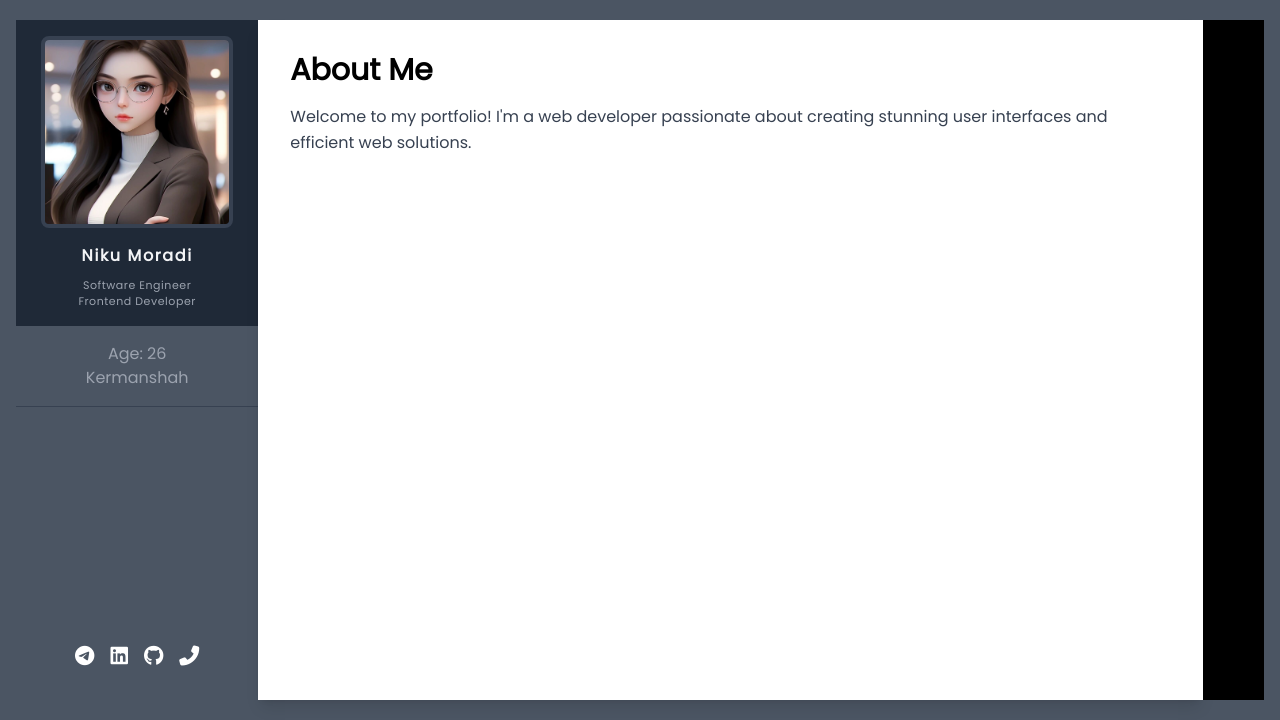
Repository: NikuMoradi/niku-moradi
Page: /
These files come from the project's save history. The page is drawn as it stood at one moment and after the next save; the edit follows.
The browser window is 1280 px wide. The pictures show the whole page.
The project was rebuilt for these pictures with package versions that can differ from the ones it lists, and the page was loaded fresh each time. The framework's server and built-in components were replaced by stand-ins that run in the browser. Also part of the build but not shown: nuxt.config.ts, components/Blog Posts/Component-Design.vue, components/Blog.vue, components/Contact.vue, components/Education.vue, components/Experience.vue, components/Hero.vue, components/Menu.vue and 3 more.

Above is the page before, as saved 2024-11-29 10:29:21.

After the next save:
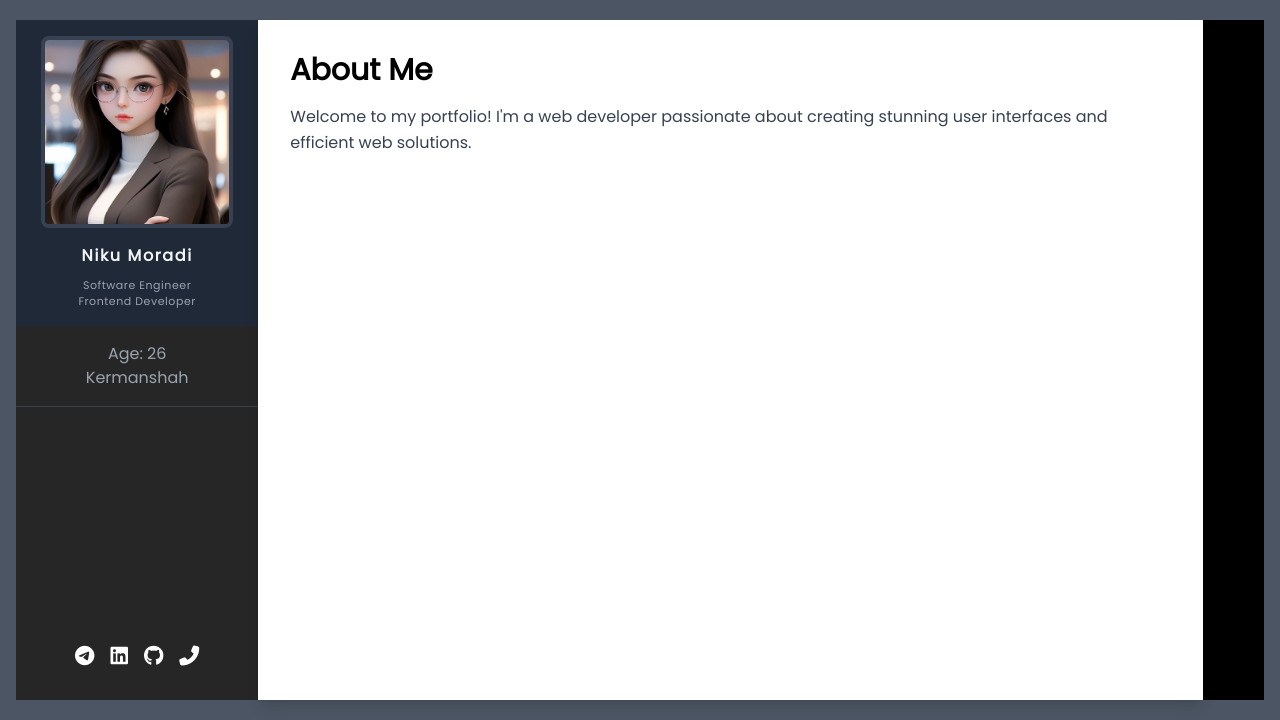
Saved 3 min 16 s later.
--- a/components/LeftPanel.vue
+++ b/components/LeftPanel.vue
@@ -1,5 +1,8 @@
 <template>
-  <div class="text-white w-80 flex flex-col" style="height: calc(100vh - 40px)">
+  <div
+    class="bg-neutral-800 text-white w-80 flex flex-col"
+    style="height: calc(100vh - 40px)"
+  >
     <!-- Header-->
     <div class="p-4 flex flex-col items-center justify-center bg-gray-800">
       <img
